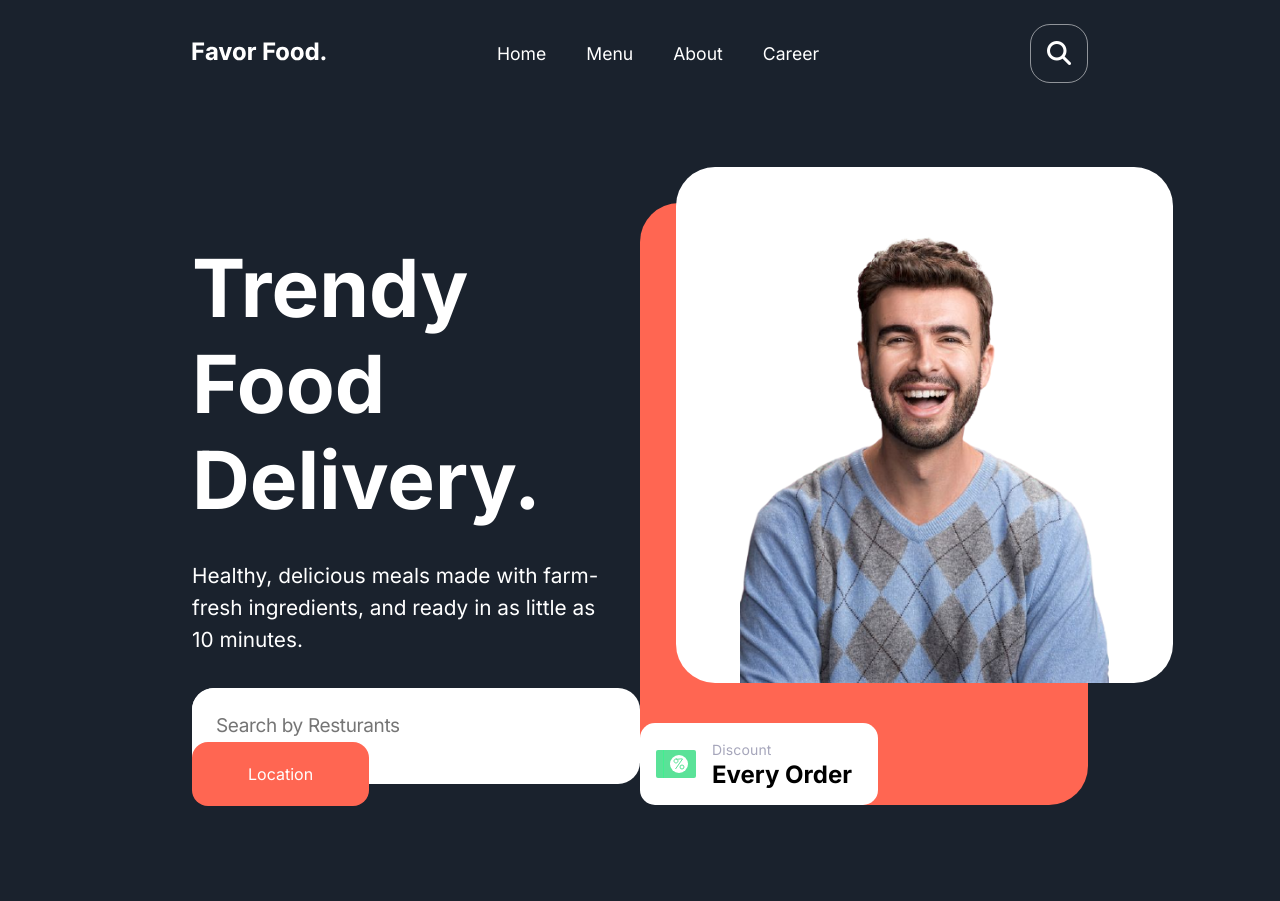
Repository: badhon252/favor-food
Page: index.html
These files come from the project's save history. The page is drawn as it stood at one moment and after the next save; the edit follows.
The browser window is 1280 px wide. The pictures show the whole page.
The style sheet was rebuilt from its Sass, Less or Tailwind sources for each picture, by a compiler version that may differ from the author's.

Above is the page before, as saved 2022-09-10 17:08:17.

After the next save:
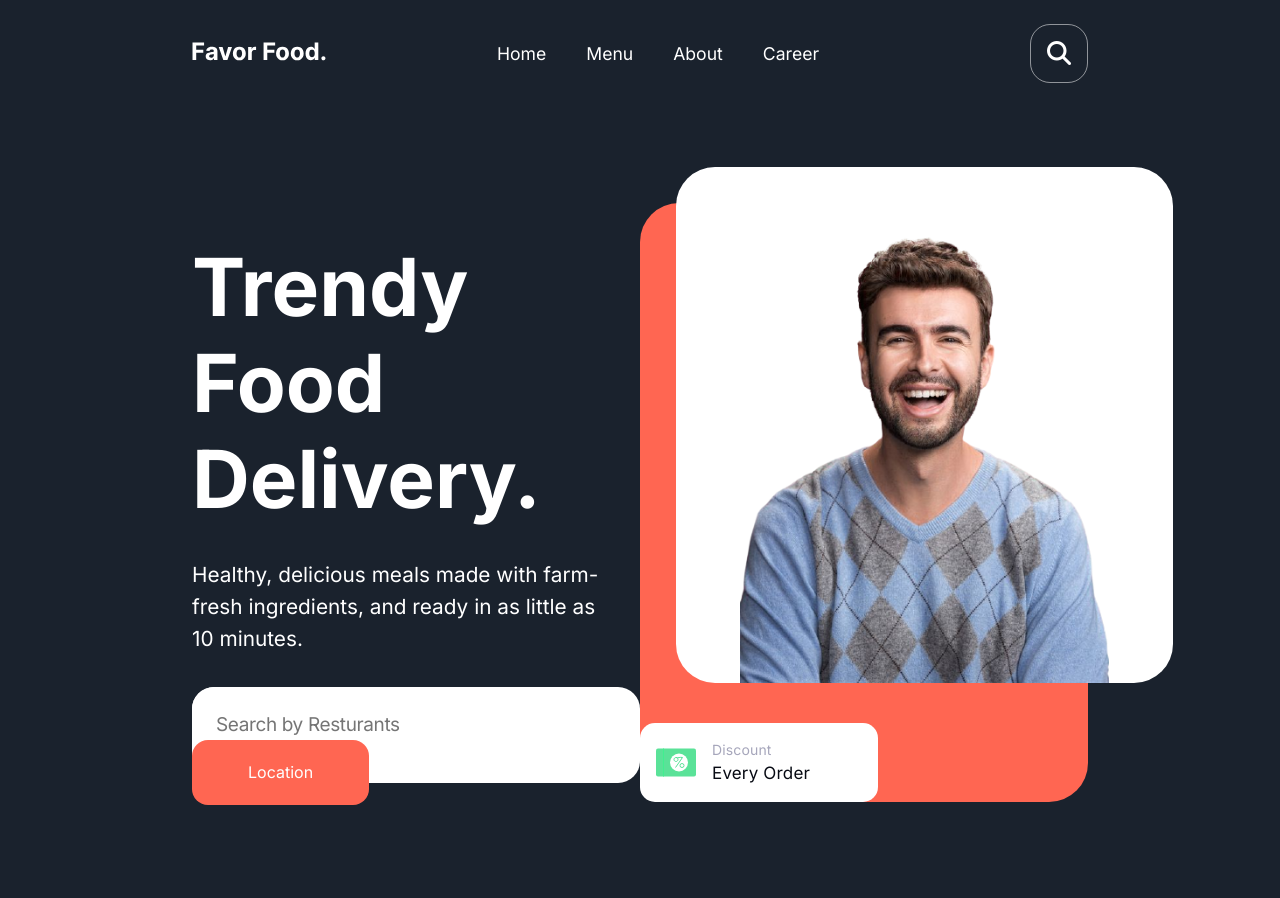
Saved 21 s later.
--- a/scss/style.scss
+++ b/scss/style.scss
@@ -162,6 +162,16 @@ header {
 
           color: #a6a6bb;
         }
+        h2 {
+          font-weight: 500;
+          font-size: 17px;
+          line-height: 26px;
+          /* identical to box height */
+
+          letter-spacing: 0.01em;
+
+          color: #070a13;
+        }
       }
     }
   }
